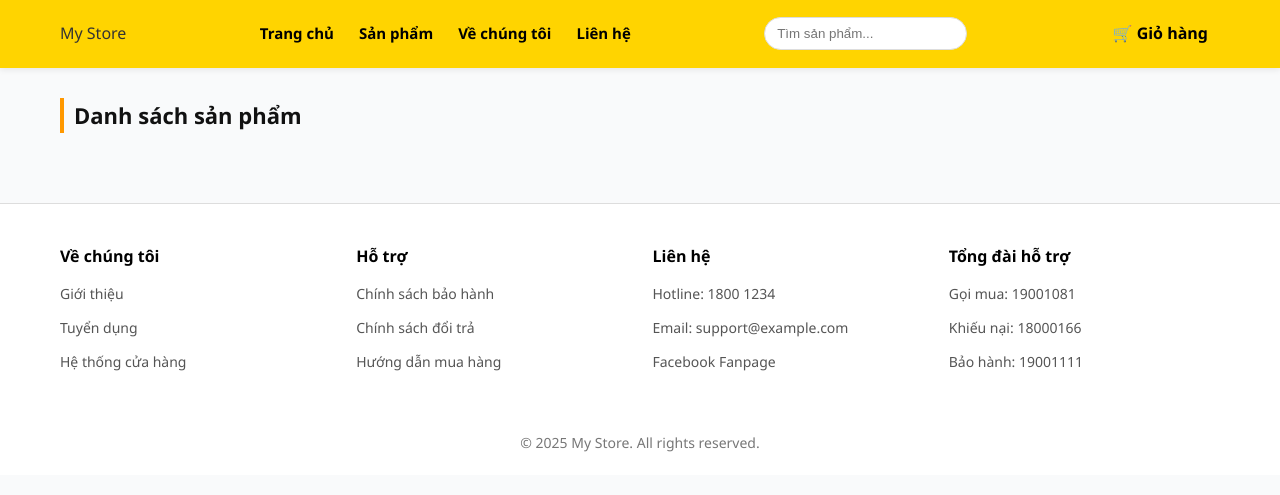
Repository: binhphanbp/WEB2064_JavaScript-Advanced_WD20305
Page: lesson/lesson7/Lab2.1/products.html
These files come from the project's save history. The page is drawn as it stood at one moment and after the next save; the edit follows.
The browser window is 1280 px wide. The pictures show the whole page.
The page's requests for data from a server got no answer.

Above is the page before, as saved 2025-10-01 12:44:48.

After the next save:
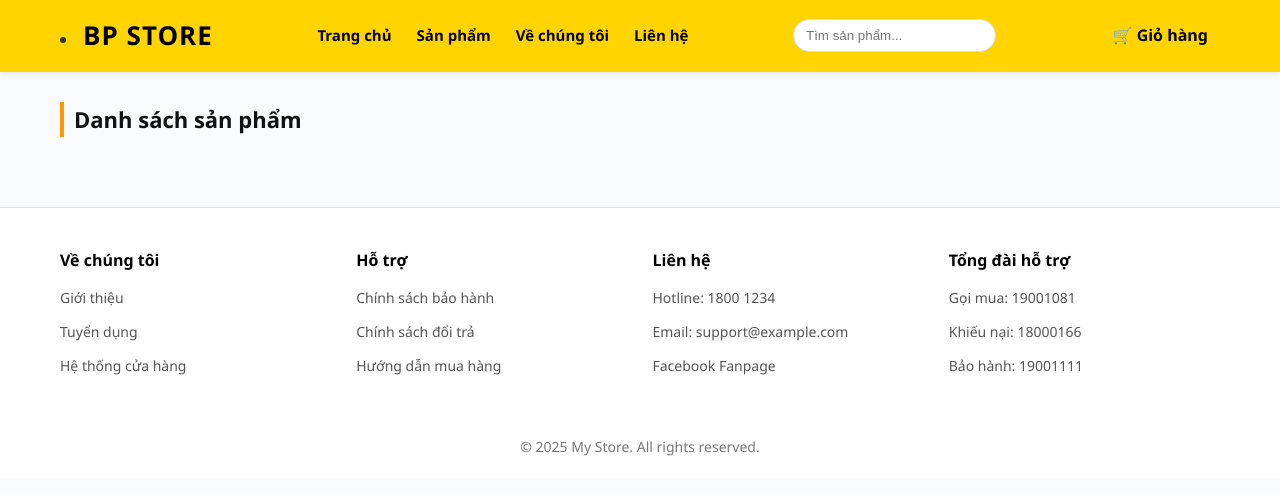
Saved 4 s later.
--- a/lesson/lesson7/Lab2.1/products.html
+++ b/lesson/lesson7/Lab2.1/products.html
@@ -10,7 +10,7 @@
     <!-- Header -->
     <header>
       <div class="container">
-        <div class="logo">My Store</div>
+        <li class="logo"><a href="index.html">BP Store</a></li>
         <nav>
           <ul>
             <li><a href="index.html">Trang chủ</a></li>
